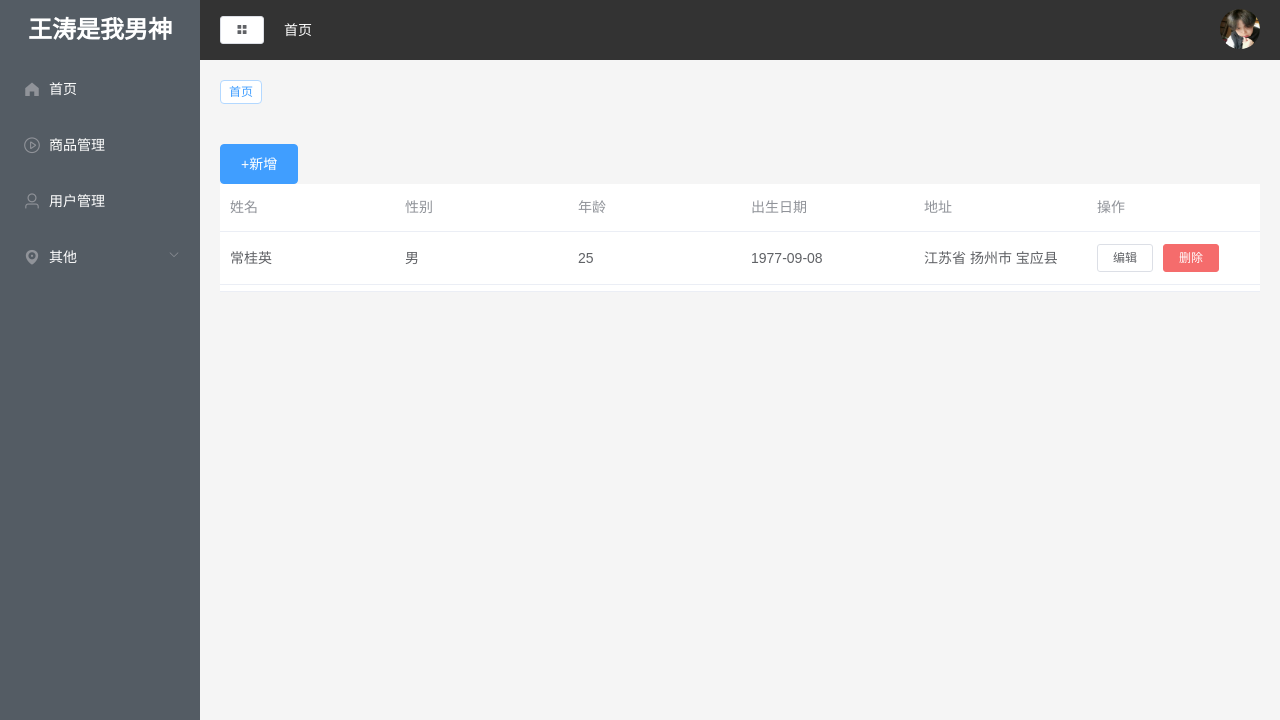
Repository: wangtao20230308/-
Page: /user
The author's editor kept a copy of each file at every save. The page is drawn from the files as they stood at one save, then again after the next save.
The browser window is 1280 px wide. The pictures show the whole page.
An inner scrolling area shows only its first screen. The project was rebuilt for these pictures with package versions that can differ from the ones it lists, and the page was loaded fresh each time. Also part of the build but not shown: src/views/Home.vue, src/views/Mall.vue, src/views/PageOne.vue, src/views/PageTwo.vue.

Above is the page before, as saved 2023-03-27 12:45:46.

After the next save:
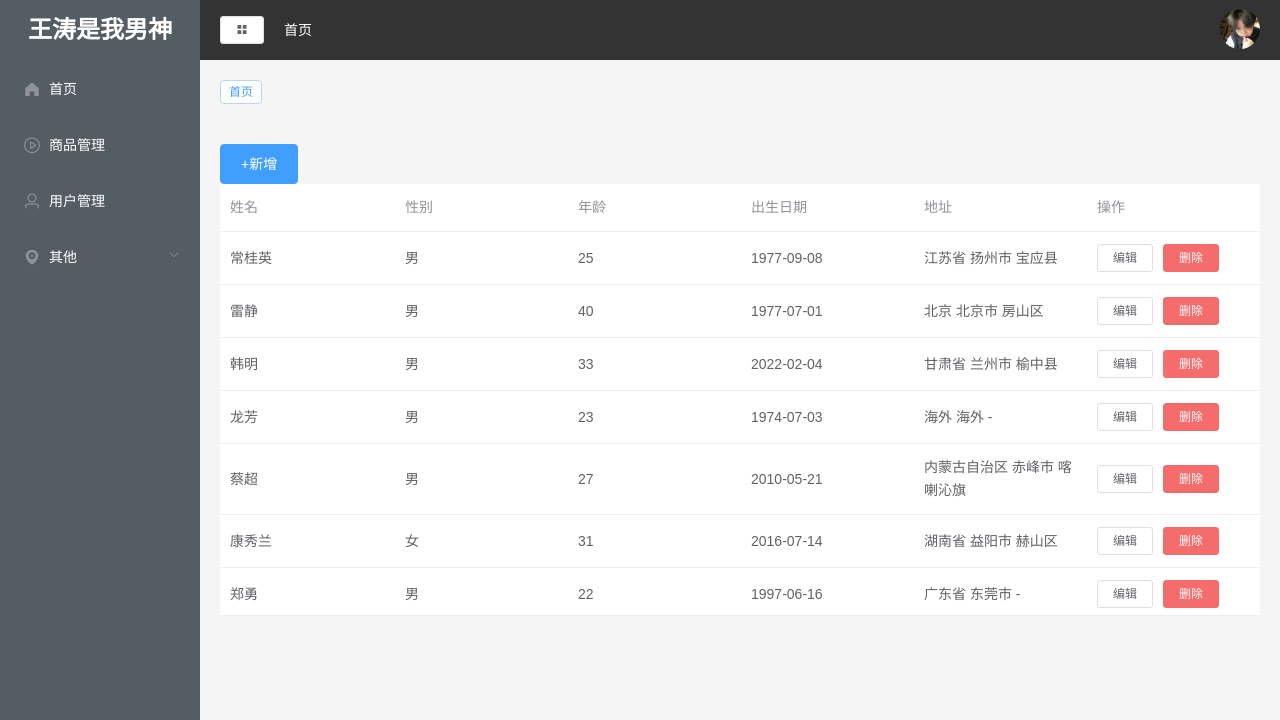
Saved 38 s later.
--- a/src/views/User.vue
+++ b/src/views/User.vue
@@ -31,24 +31,24 @@
     </div>
     <div class="manage-header">
       <el-button type="primary" @click="handleAdd">+新增</el-button>
-      <el-table :data="tableData" style="width: 100%" height="90%">
-        <el-table-column prop="name" label="姓名"> </el-table-column>
-        <el-table-column prop="sex" label="性别">
-          <template slot-scope="scope">
-            <span>{{ scope.row.sex === 1 ? '男' : '女' }}</span>
-          </template>
-        </el-table-column>
-        <el-table-column prop="age" label="年龄"> </el-table-column>
-        <el-table-column prop="birth" label="出生日期"> </el-table-column>
-        <el-table-column prop="addr" label="地址"> </el-table-column>
-        <el-table-column prop="action" label="操作">
-          <template slot-scope="scope">
-            <el-button size="mini" @click="handleEidt(scope.row)">编辑</el-button>
-            <el-button size="mini" type="danger" @click="handleDelete(scope.row)">删除</el-button>
-          </template>
-        </el-table-column>
-      </el-table>
     </div>
+    <el-table :data="tableData" style="width: 100%" height="90%">
+      <el-table-column prop="name" label="姓名"> </el-table-column>
+      <el-table-column prop="sex" label="性别">
+        <template slot-scope="scope">
+          <span>{{ scope.row.sex === 1 ? '男' : '女' }}</span>
+        </template>
+      </el-table-column>
+      <el-table-column prop="age" label="年龄"> </el-table-column>
+      <el-table-column prop="birth" label="出生日期"> </el-table-column>
+      <el-table-column prop="addr" label="地址"> </el-table-column>
+      <el-table-column prop="action" label="操作">
+        <template slot-scope="scope">
+          <el-button size="mini" @click="handleEidt(scope.row)">编辑</el-button>
+          <el-button size="mini" type="danger" @click="handleDelete(scope.row)">删除</el-button>
+        </template>
+      </el-table-column>
+    </el-table>
   </div>
 </template>
 <script>
